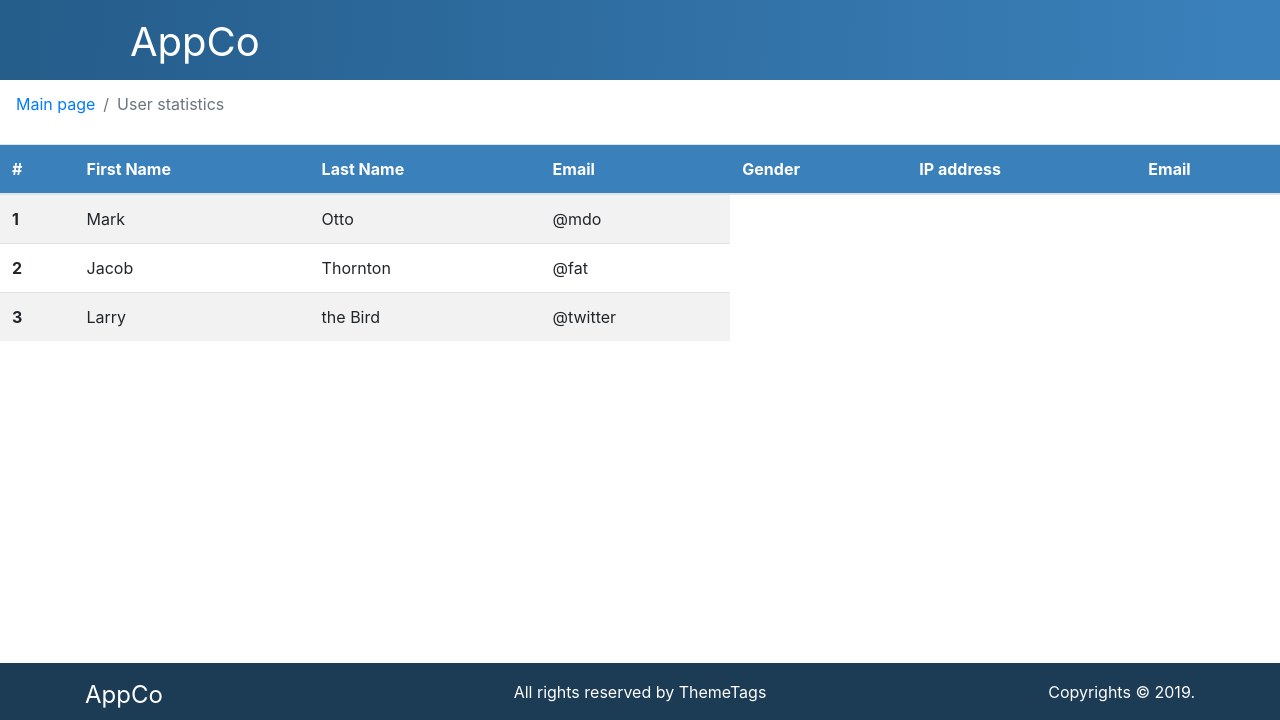
Repository: andbilous/user-statistics-app
Page: /
The author's editor kept a copy of each file at every save. The page is drawn from the files as they stood at one save, then again after a run of saves.
The browser window is 1280 px wide. The pictures show the whole page.
The project was rebuilt for these pictures with package versions that can differ from the ones it lists, and the page was loaded fresh each time. Also part of the build but not shown: src/components/brainstorming/index.js, src/components/reasons/reasons.scss, src/components/reasons/index.js, src/components/footer/footer.scss, src/components/footer/index.js, src/pages/Main.jsx.

Above is the page before, as saved 2020-06-22 10:09:36.

### src/App.js
import React from 'react';
import Main from './pages/Main';
import Stats from './pages/Stats';
import './App.scss';

function App() {
  return (
    <div className="App">
      <Stats/>
    </div>
  );
}

export default App;

### src/pages/Stats.jsx
import React from "react";
import Header from "../components/Header";
import { Table, Breadcrumb, BreadcrumbItem } from "reactstrap";
import PlainFooter from "../components/plain-footer";

const Stats = () => {
  return (
    <>
      <Header />
      <Breadcrumb tag="nav" listTag="div">
        <BreadcrumbItem tag="a" href="#">Main page</BreadcrumbItem>
        <BreadcrumbItem active tag="span">User statistics</BreadcrumbItem>
      </Breadcrumb>
      <section className="table">
        <Table striped>
          <thead>
            <tr>
              <th>#</th>
              <th>First Name</th>
              <th>Last Name</th>
              <th>Email</th>
              <th>Gender</th>
              <th>IP address</th>
              <th>Email</th>
            </tr>
          </thead>
          <tbody>
            <tr>
              <th scope="row">1</th>
              <td>Mark</td>
              <td>Otto</td>
              <td>@mdo</td>
            </tr>
            <tr>
              <th scope="row">2</th>
              <td>Jacob</td>
              <td>Thornton</td>
              <td>@fat</td>
            </tr>
            <tr>
              <th scope="row">3</th>
              <td>Larry</td>
              <td>the Bird</td>
              <td>@twitter</td>
            </tr>
          </tbody>
        </Table>
      </section>
      <PlainFooter />
    </>
  );
};

export default Stats;

### src/App.scss
body {
  font-family: Montserrat;
  font-style: normal;
  font-weight: normal;
}
img {
  position: relative;
  display: block;
  width: 100%;
}

table {
  thead{
    background: #3A80BA;
    color: #fff;
  }
}

.breadcrumb {
  background-color: #fff !important;
}

### src/components/Header/index.js
import React from 'react';
import './header.scss';
import { Container } from 'reactstrap';


const Header = () => {
    return (
      <header className='header bg-image'>
      <Container>
          <div className='navbar-brand'>
          AppCo
            </div>
      </Container>
      </header>
    )
};

export default Header;

### src/components/plain-footer/index.js
import React from 'react';
import { Container, Row, Col } from 'reactstrap';
import './plain-footer.scss';

const PlainFooter = () => {
    return (
      <footer className='plain-footer'>
        <Container>
          <Row className='justify-content-between'>
          <Col className='col-md' lg='4'>
            <span className='footer-title'>AppCo</span>
          </Col>
          <Col className='col-md text-center' lg='4'>
          <span>All rights reserved by ThemeTags</span>
            </Col>
            <Col className='col-md text-right' lg='4'>
            <span>Copyrights © 2019.</span>
            </Col>
          </Row>
        </Container>
      </footer>
    )
};

export default PlainFooter;

### src/components/Header/header.scss
.header{
  width: 100%;
  height: 80px;
  background: linear-gradient(92.09deg, #255D8B 2.29%, #3A80BA 96.79%);
  .navbar-brand {
    color: #fff;
    font-size: 40px;
    line-height: 49px;
    position: absolute;
    width: 136px;
    height: 49px;
    left: 130px;
    top: 12px;
  }
}

### src/components/brainstorming/brainstorming.scss
.brainstorming {
  background-image: url(/img/bg.png);
  background-repeat: no-repeat;
  background-position: center center;
  background-size: cover;
}
.brainstorming-header {
  font-size: 48px;
  line-height: 59px;
  color: #fff;
  font-style: normal;
  width: 98%;
}
.brainstorming-subheader {
  font-size: 20px;
  line-height: 142%;
  font-weight: normal;
  color: #fff;
  font-style: normal;
  margin-bottom: 32px;
}

.brainstorming-btn {
  width: 154px;
  height: 56px;
  background: #ffffff;
  border-radius: 8px;
  color: #3a80ba;
  font-size: 16px;
  line-height: 142%;
  text-align: center;
  padding: 17px 31px 16px 32px;
}

.mobile {
  width: 321px;
  height: 561px;
  background-image: url(/img/mobile.png);
  background-repeat: no-repeat;
  background-position: center center;
  background-size: cover;
}

.bg-image {
  position: relative;
  width: 100%;
  display: block;
}

### src/components/plain-footer/plain-footer.scss
.plain-footer {
  position: absolute;
  bottom: 0;
  background-color: #1c3b55;
  width: 100%;
  height: 57px;
  color: #fff;
  padding: 17px 17px;
  .span{
    font-size: 16px;
  }
  .footer-title{
    font-size: 24px;
    line-height: 29px;
  }
}

Loaded but not shown: public/index.html (common file); src/index.js (common file); src/serviceWorker.js (common file)

After the next 4 saves:
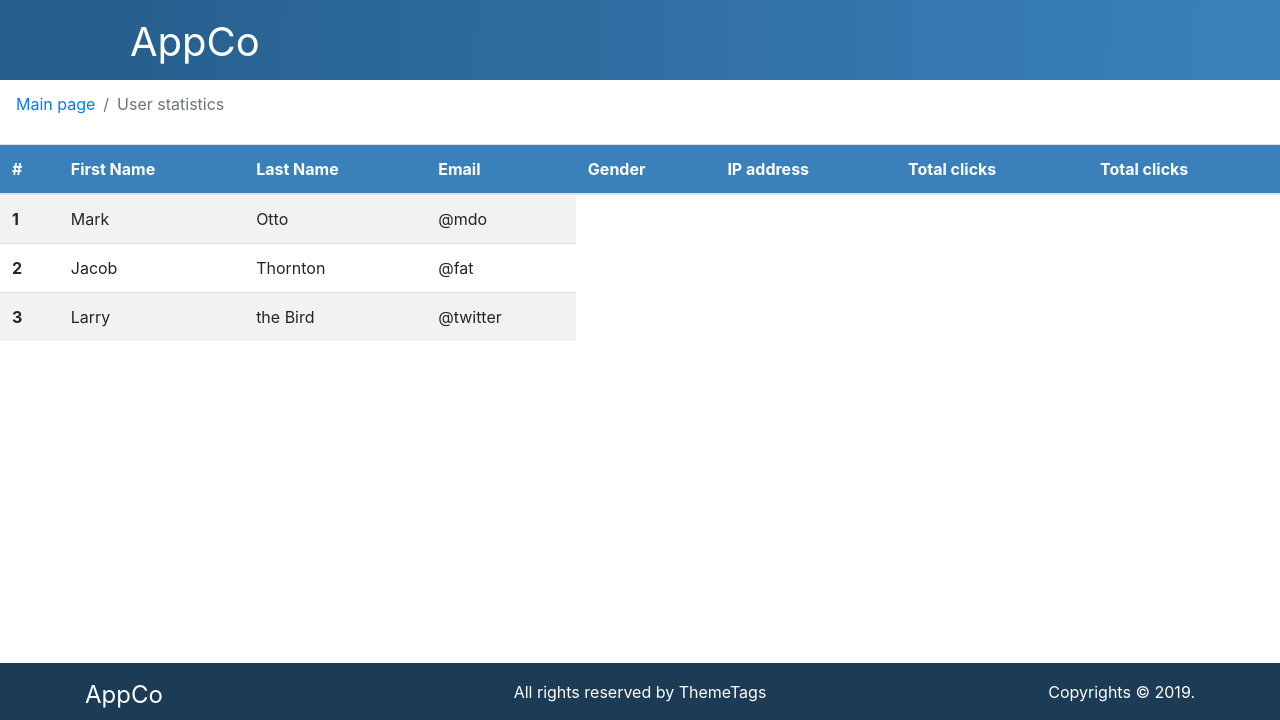
The 4 saves are shown as one change because they came seconds apart.
The last was saved 13 s later.
--- a/src/pages/Stats.jsx
+++ b/src/pages/Stats.jsx
@@ -21,7 +21,8 @@ const Stats = () => {
               <th>Email</th>
               <th>Gender</th>
               <th>IP address</th>
-              <th>Email</th>
+              <th>Total clicks</th>
+              <th>Total clicks</th>
             </tr>
           </thead>
           <tbody>
